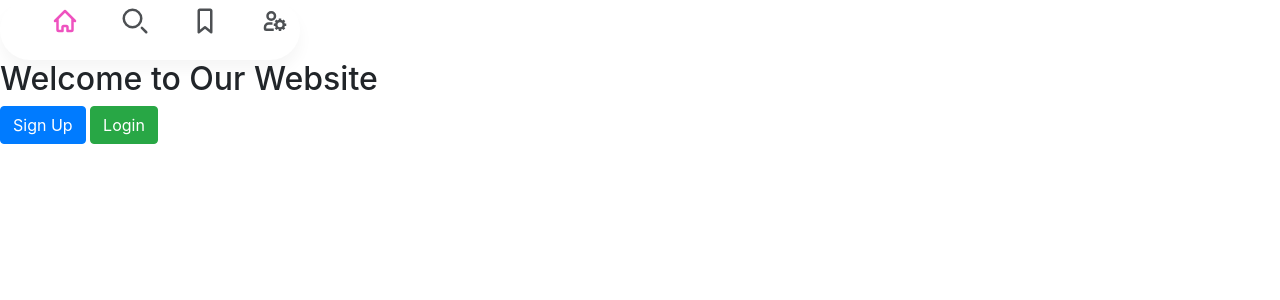
Repository: khoilvgcc210040/nextgenedu
Page: http://localhost/
An editor plug-in stored every save of this project. The page is shown before and after a run of saves, followed by the edit.
The browser window is 1280 px wide. The pictures show the whole page.
The page is served by the project's application, run on Django 5.2 (manage.py). Other server files are loaded and not shown.

Above is the page before, as saved 2024-08-10 18:14:53.

### home/templatetags/filters.py
from django import template

register = template.Library()

@register.filter(name='range')
def filter_range(start, end):
    return range(start, end)

### templates/home.html
<!DOCTYPE html>
<html lang="en">
<head>
    <meta charset="UTF-8">
    <meta name="viewport" content="width=device-width, initial-scale=1.0">
    <title>Home</title>
    <!-- Bootstrap CSS -->
    <link href="https://stackpath.bootstrapcdn.com/bootstrap/4.5.2/css/bootstrap.min.css" rel="stylesheet">
</head>
<style>
    #navbody {
        width: 300px;
        height: 60px;
        background-color: rgb(255, 255, 255);
        border-radius: 40px;
        box-shadow: 0px 10px 15px rgba(0, 0, 0, 0.041);
        align-items: center;
        justify-content: center;
        display: flex;
    }

    .ul {
    list-style: none;
    width: 100%;
    background-color: transparent;
    display: flex;
    justify-content: space-between;
    margin-top: 5px;
    }

    .ul .li {
    display: inline-block;
    }

    .radio {
    display: none;
    }

    .svg {
    width: 70px;
    height: 70px;
    opacity: 80%;
    cursor: pointer;
    padding: 13px 20px;
    transition: 0.2s;
    }

    .ul .li .svg:hover {
    transition: 0.1s;
    color: rgb(235, 40, 176);
    position: relative;
    margin-top: -4px;
    opacity: 100%;
    }

    .radio:checked + label .li .svg {
    color: rgb(235, 40, 176);
    fill-rule: evenodd;
    }
</style>
<body>
        <div id="navbody">
        <form action="#">
            <ul class="ul">
            <input checked="" name="rad" class="radio" id="choose1" type="radio" />
            <label for="choose1">
                <li class="li">
                <svg
                    viewBox="0 0 24 24"
                    fill="none"
                    height="24"
                    width="24"
                    xmlns="http://www.w3.org/2000/svg"
                    aria-hidden="true"
                    class="svg w-6 h-6 text-gray-800 dark:text-white"
                >
                    <path
                    d="m4 12 8-8 8 8M6 10.5V19a1 1 0 0 0 1 1h3v-3a1 1 0 0 1 1-1h2a1 1 0 0 1 1 1v3h3a1 1 0 0 0 1-1v-8.5"
                    stroke-width="2"
                    stroke-linejoin="round"
                    stroke-linecap="round"
                    stroke="currentColor"
                    ></path>
                </svg>
                </li>
            </label>
            <input class="radio" name="rad" id="choose2" type="radio" />
            <label for="choose2">
                <li class="li">
                <svg
                    viewBox="0 0 24 24"
                    fill="none"
                    height="24"
                    width="24"
                    xmlns="http://www.w3.org/2000/svg"
                    aria-hidden="true"
                    class="svg w-6 h-6 text-gray-800 dark:text-white"
                >
                    <path
                    d="m21 21-3.5-3.5M17 10a7 7 0 1 1-14 0 7 7 0 0 1 14 0Z"
                    stroke-width="2"
                    stroke-linecap="round"
                    stroke="currentColor"
                    ></path>
                </svg>
                </li>
            </label>
            <input class="radio" name="rad" id="choose3" type="radio" />
            <label for="choose3">
                <li class="li">
                <svg
                    viewBox="0 0 24 24"
                    fill="none"
                    height="24"
                    width="24"
                    xmlns="http://www.w3.org/2000/svg"
                    aria-hidden="true"
                    class="svg w-6 h-6 text-gray-800 dark:text-white"
                >
                    <path
                    d="m17 21-5-4-5 4V3.889a.92.92 0 0 1 .244-.629.808.808 0 0 1 .59-.26h8.333a.81.81 0 0 1 .589.26.92.92 0 0 1 .244.63V21Z"
                    stroke-width="2"
                    stroke-linejoin="round"
                    stroke-linecap="round"
                    stroke="currentColor"
                    ></path>
                </svg>
                </li>
            </label>
            <input class="radio" name="rad" id="choose4" type="radio" />
            <label for="choose4">
                <li class="li">
                <svg
                    viewBox="0 0 24 24"
                    fill="none"
                    height="24"
                    width="24"
                    xmlns="http://www.w3.org/2000/svg"
                    aria-hidden="true"
                    class="svg w-6 h-6 text-gray-800 dark:text-white"
                >
                    <path
                    d="M10 19H5a1 1 0 0 1-1-1v-1a3 3 0 0 1 3-3h2m10 1a3 3 0 0 1-3 3m3-3a3 3 0 0 0-3-3m3 3h1m-4 3a3 3 0 0 1-3-3m3 3v1m-3-4a3 3 0 0 1 3-3m-3 3h-1m4-3v-1m-2.121 1.879-.707-.707m5.656 5.656-.707-.707m-4.242 0-.707.707m5.656-5.656-.707.707M12 8a3 3 0 1 1-6 0 3 3 0 0 1 6 0Z"
                    stroke-width="2"
                    stroke-linejoin="round"
                    stroke-linecap="square"
                    stroke="currentColor"
                    ></path>
                </svg>
                </li>
            </label>
            </ul>
        </form>
        </div>
        <div id="auth-section">
            <!-- Nếu chưa đăng nhập -->
            {% if not user.is_authenticated %}
                <div id="not-logged-in">
                    <h2>Welcome to Our Website</h2>
                    <a href="{% url "auth" %}?form=signup" class="btn btn-primary">Sign Up</a>
                    <a href="{% url "auth" %}?form=login" class="btn btn-success">Login</a>
                </div>
            <!-- Nếu đã đăng nhập -->
            {% else %}
                <div id="logged-in">
                    <h2>Welcome Back, {{ user.username }}!</h2>
                    <a href="{% url 'logout' %}" class="btn btn-danger">Logout</a>
                </div>
            {% endif %}
        </div>
</body>
</html>

### home/views.py
from datetime import date
from django.shortcuts import render, redirect
from django.contrib.auth import authenticate, login, logout
from django.contrib import messages
from home.models import CustomUser

def home(request):
    if 'login_email' in request.session:
        del request.session['login_email']
    if 'signup_data' in request.session:
        del request.session['signup_data']
    context = {}
    return render(request, 'home.html', context)

def authPage(request):
    if request.method == 'POST':
        form_type = request.POST.get('form', 'signup')
        signup_error = False
        login_error = False

        if form_type == 'signup':
            email = request.POST.get('email')
            username = request.POST.get('username')
            password = request.POST.get('password')
            confirmPassword = request.POST.get('confirm-password')
            day = int(request.POST.get('day'))
            month = int(request.POST.get('month'))
            year = int(request.POST.get('year'))
            role = request.POST.get('role')
            grade = request.POST.get('grade')
            terms = request.POST.get('terms') == 'on'

            errors = False

            if CustomUser.objects.filter(email=email).exists():
                messages.info(request, '❌ This email is already registered. Please use a different email address.', extra_tags='signup')
                errors = True

            if CustomUser.objects.filter(username=username).exists():
                messages.info(request, '❌ This username is already taken. Please choose a different username.', extra_tags='signup')
                errors = True

            if password != confirmPassword:
                messages.info(request, '❌ The passwords do not match. Please check and re-enter them.', extra_tags='signup')
                errors = True

            if errors:
                signup_error = True
                request.session['signup_data'] = {
                    'email': email,
                    'username': username,
                    'day': day,
                    'month': month,
                    'year': year,
                    'role': role,
                    'grade': grade,
                    'terms': terms
                }
                return redirect('/auth/?form=signup&signup_error=True')
            else:
                user = CustomUser.objects.create_user(username=username, email=email, password=password)
                user.date_of_birth = date(year, month, day)
                user.role = role
                user.grade = grade
                user.terms_accepted = terms
                user.save()

                user = authenticate(request, email=email, password=password)
                login(request, user)
                return redirect('home')

        elif form_type == 'login':
            email = request.POST.get('email')
            password = request.POST.get('login-password')

            user = authenticate(request, email=email, password=password)

            if user is not None:
                login(request, user)
                return redirect('home')
            else:
                messages.info(request, 'Oops. Something went wrong 😅. Please try again.', extra_tags='login')
                login_error = True
                request.session['login_email'] = email
                return redirect('/auth/?form=login&login_error=True')
    else:
        form_type = request.POST.get('form', 'signup')
        signup_error = request.GET.get('signup_error', 'False') == 'True'
        login_error = request.GET.get('login_error', 'False') == 'True'
        signup_data = request.session.pop('signup_data', {})
        days = list(range(1, 32))
        months = {i: month for i, month in enumerate(["January", "February", "March", "April", "May", "June", "July", "August", "September", "October", "November", "December"], start=1)}
        years = list(range(1900, 2024 + 1))
        print(signup_error)
        print(login_error)
        context = {
            'form_type': form_type,
            'signup_error': signup_error,
            'login_error': login_error,
            'email': signup_data.get('email', ''),
            'username': signup_data.get('username', ''),
            'day': signup_data.get('day', ''),
            'month': signup_data.get('month', ''),
            'year': signup_data.get('year', ''),
            'role': signup_data.get('role', ''),
            'grade': signup_data.get('grade', ''),
            'terms': signup_data.get('terms', False),
            'days': days,
            'months': months,
            'years': years,
            'login_email': request.session.get('login_email') if request.session.get('login_email') else "",
        }
        return render(request, 'auth.html', context)

def logoutPage(request):
    logout(request)
    return redirect('home')

### home/urls.py
from django.urls import path
from . import views

urlpatterns = [
    path('', views.home, name='home'),
    path('auth/', views.authPage, name='auth'),
    path('logout/', views.logoutPage, name='logout'),
]

Loaded but not shown: nextgenedu/urls.py (common file)

After the next 2 saves:
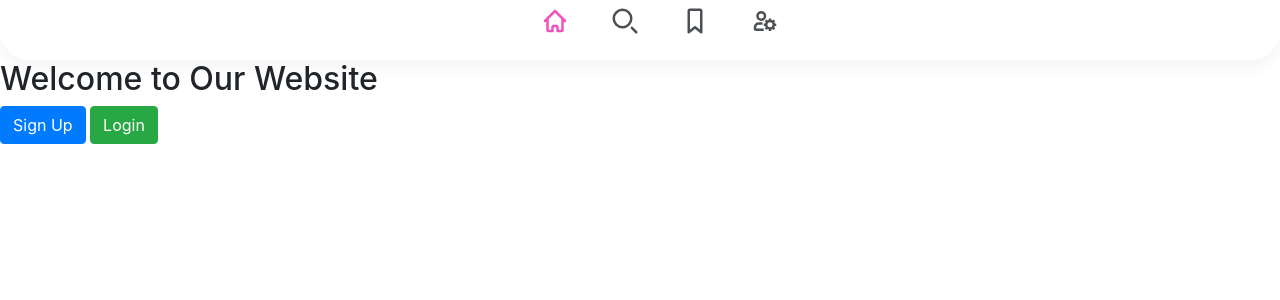
The 2 saves are shown as one change because they came seconds apart.
The last was saved 34 s later.
--- a/templates/home.html
+++ b/templates/home.html
@@ -9,7 +9,7 @@
 </head>
 <style>
     #navbody {
-        width: 300px;
+        width: 100%;
         height: 60px;
         background-color: rgb(255, 255, 255);
         border-radius: 40px;
